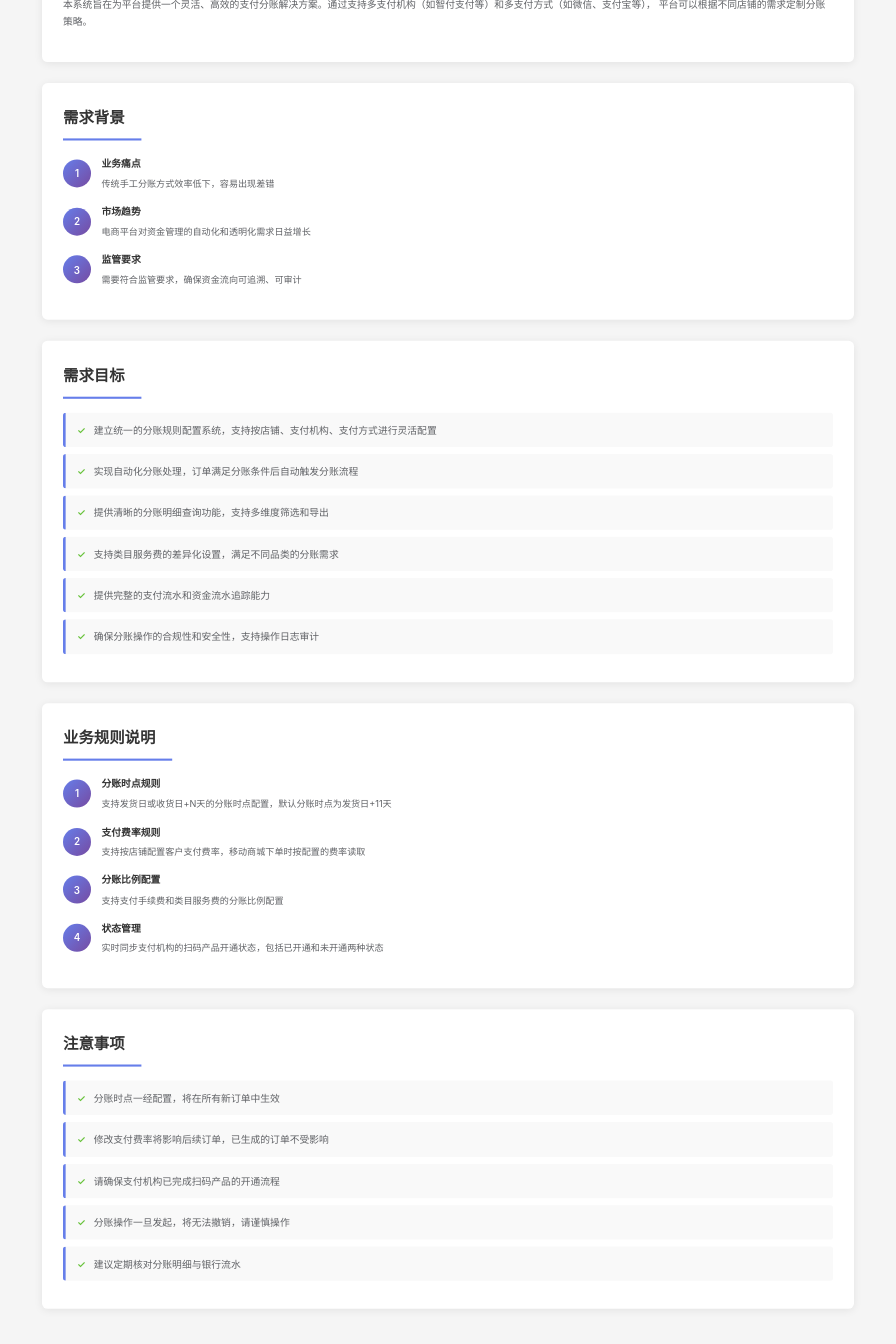
Repository: airopenclaw/mall-demo
Page: 支付分账/需求背景.html
An editor plug-in stored every save of this project. The page is shown before and after the next save, followed by the edit.
The browser window is 1280 px wide. The pictures show the part of the page from y = 1154 to 3074 px (the page is 3074 px tall before and 2637 px after), at 70% of full size.

Above is the page before, as saved 2026-09-15 09:37:30.

After the next save:
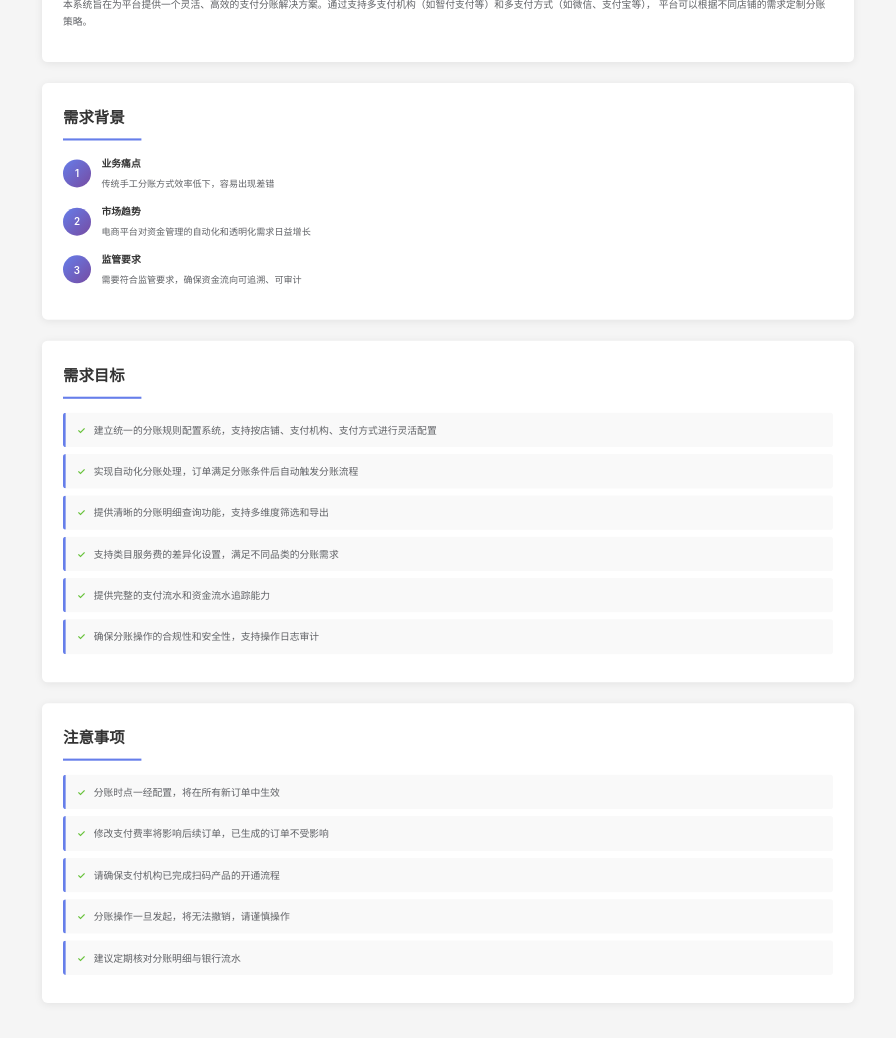
Saved 82 s later.
--- a/支付分账/需求背景.html
+++ b/支付分账/需求背景.html
@@ -477,54 +477,6 @@
             </div>
         </div>
 
-        <!-- 业务规则 -->
-        <div class="section-content">
-            <h2 class="section-title">
-                业务规则说明
-                <a href="#section4" class="anchor-link">#</a>
-            </h2>
-            <div id="section4">
-                <div class="step-indicator">
-                    <div class="step-number">1</div>
-                    <div class="step-content">
-                        <div class="step-title">分账时点规则</div>
-                        <div class="step-desc">
-                            支持发货日或收货日+N天的分账时点配置，默认分账时点为发货日+11天
-                        </div>
-                    </div>
-                </div>
-
-                <div class="step-indicator">
-                    <div class="step-number">2</div>
-                    <div class="step-content">
-                        <div class="step-title">支付费率规则</div>
-                        <div class="step-desc">
-                            支持按店铺配置客户支付费率，移动商城下单时按配置的费率读取
-                        </div>
-                    </div>
-                </div>
-
-                <div class="step-indicator">
-                    <div class="step-number">3</div>
-                    <div class="step-content">
-                        <div class="step-title">分账比例配置</div>
-                        <div class="step-desc">
-                            支持支付手续费和类目服务费的分账比例配置
-                        </div>
-                    </div>
-                </div>
-
-                <div class="step-indicator">
-                    <div class="step-number">4</div>
-                    <div class="step-content">
-                        <div class="step-title">状态管理</div>
-                        <div class="step-desc">
-                            实时同步支付机构的扫码产品开通状态，包括已开通和未开通两种状态
-                        </div>
-                    </div>
-                </div>
-            </div>
-        </div>
 
         <!-- 注意事项 -->
         <div class="section-content">
